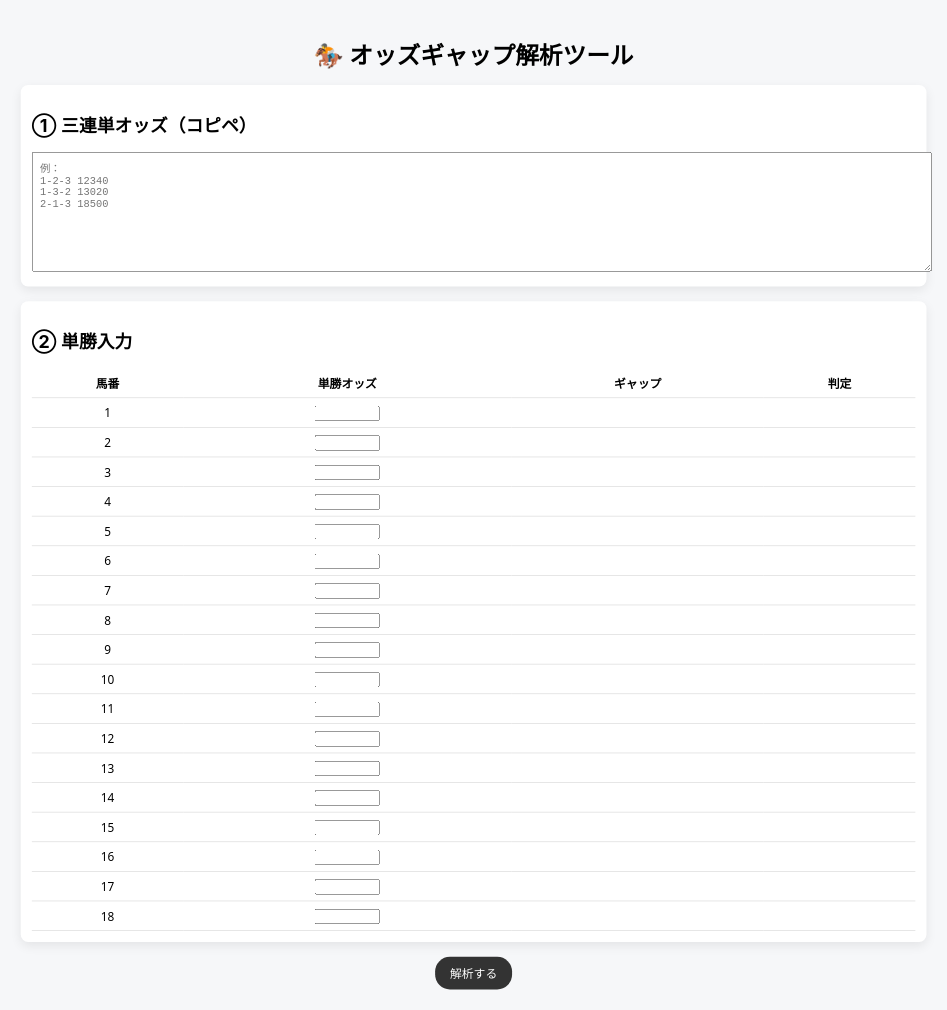
Repository: owakoshi/Odds_Gap
Page: index.html
These files come from the project's save history. The page is drawn as it stood at one moment and after the next save; the edit follows.
The browser window is 1280 px wide. The pictures show the whole page, at 74% of full size.

Above is the page before, as saved 2026-01-01 22:37:32.

After the next save:
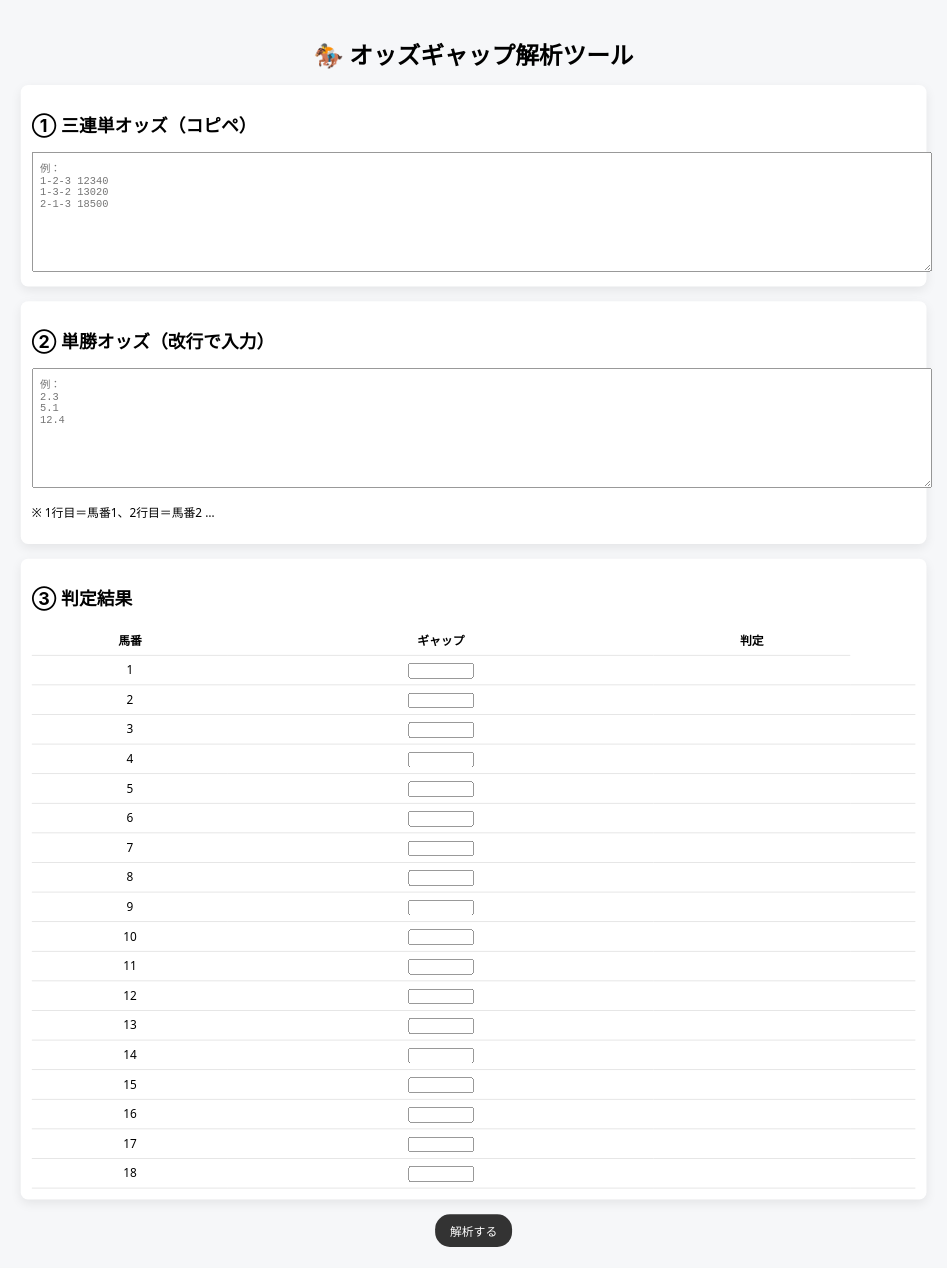
Saved 11 min 45 s later.
--- a/index.html
+++ b/index.html
@@ -17,20 +17,26 @@
 2-1-3 18500"></textarea>
 </section>
 
+<section class="input-area">
+  <h2>② 単勝オッズ（改行で入力）</h2>
+  <textarea id="winInput" placeholder="例：
+2.3
+5.1
+12.4"></textarea>
+  <p class="hint">※ 1行目＝馬番1、2行目＝馬番2 …</p>
+</section>
+
 <section class="table-area">
-  <h2>② 単勝入力</h2>
+  <h2>③ 判定結果</h2>
   <table>
     <thead>
       <tr>
         <th>馬番</th>
-        <th>単勝オッズ</th>
         <th>ギャップ</th>
         <th>判定</th>
       </tr>
     </thead>
-    <tbody id="tableBody">
-      <!-- JSで生成 -->
-    </tbody>
+    <tbody id="tableBody"></tbody>
   </table>
 </section>
 
